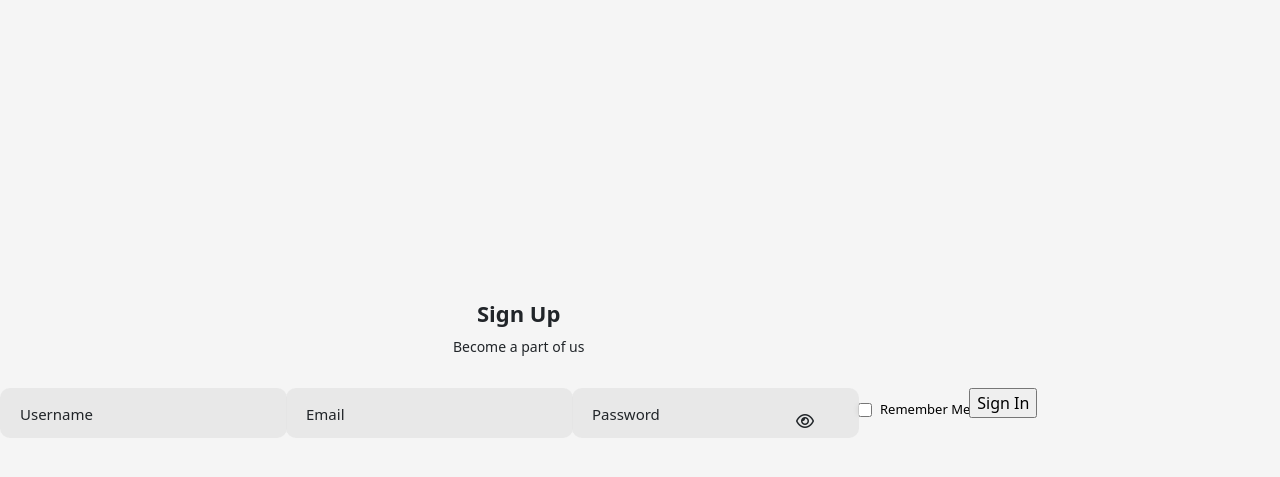
Repository: MauDucKG/BigFarm
Page: http://localhost/BigFarm/views/main/register/index.php
The author's editor kept a copy of each file at every save. The page is drawn from the files as they stood at one save, then again after the next save.
The browser window is 1280 px wide. The pictures show the whole page.
Some web libraries are served in a nearby version. The page is run by PHP 8.4 with error messages shown; the project is at /var/www/html/.

Above is the page before, as saved 2023-04-26 18:31:38.

After the next save:
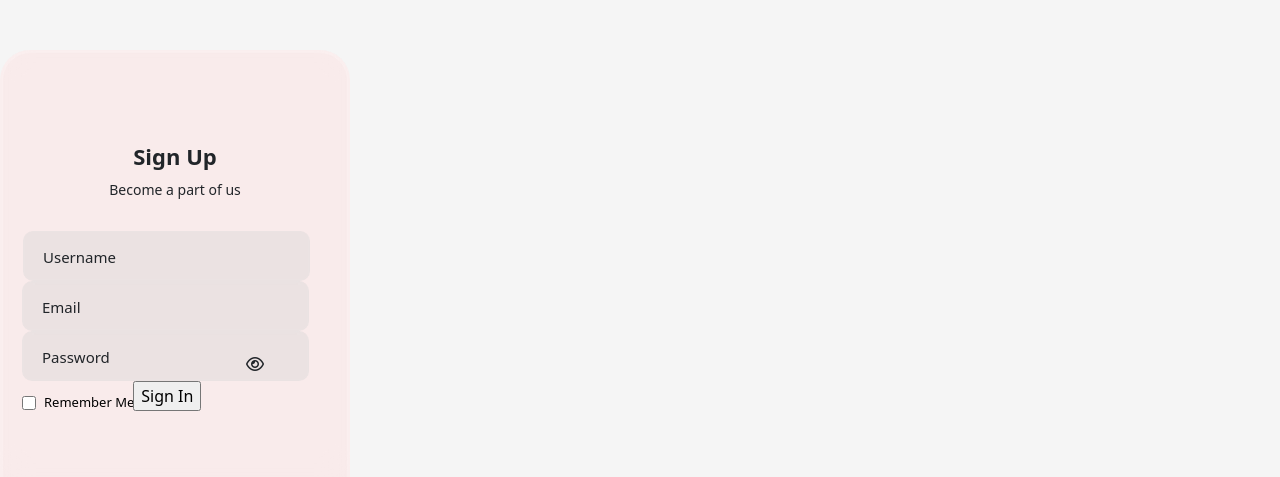
Saved 13 s later.
--- a/views/main/register/index.php
+++ b/views/main/register/index.php
@@ -10,7 +10,18 @@
     <script src="https://kit.fontawesome.com/4ccf3877a2.js" crossorigin="anonymous"></script>
     <style>
         .box{
-
+            display: flex;
+    flex-direction: row;
+    position: relative;
+    padding: 60px 20px 30px 20px;
+    height: 620px;
+    width: 350px;
+    background-color: rgba(255, 220, 220, 0.4);
+    border-radius: 30px;
+    -webkit-backdrop-filter: blur(15px);
+    backdrop-filter: blur(15px);
+    border: 3px solid rgba(255, 255, 255, 0.2);
+    overflow: hidden;
         }
         .wrapper{
             display: flex;
